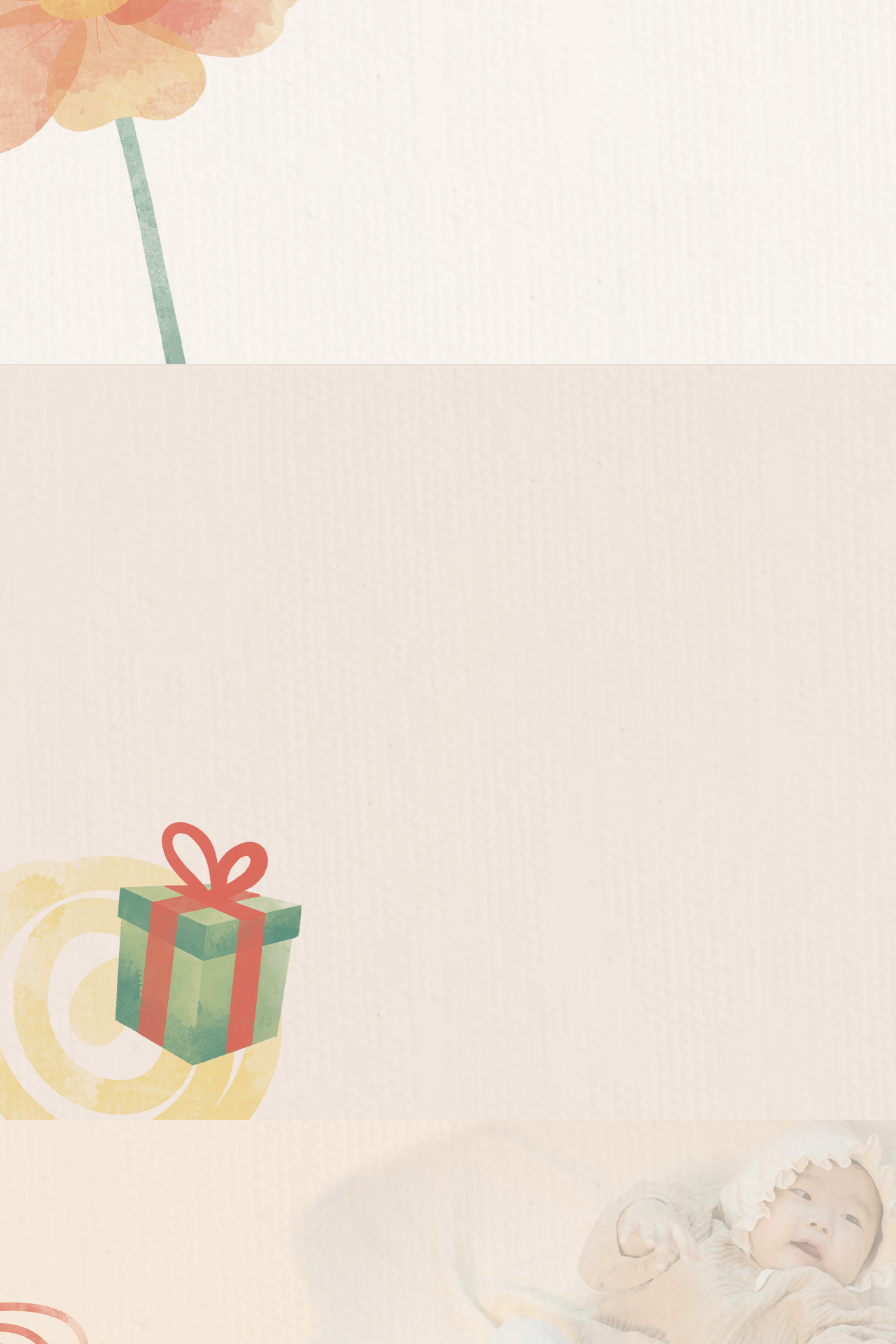
Repository: dlgywls1130/save_the_children
Page: index.html
An editor plug-in stored every save of this project. The page is shown before and after the next save, followed by the edit.
The browser window is 1280 px wide. The pictures show the part of the page from y = 4580 to 6500 px (the page is 6880 px tall), at 70% of full size.

Above is the page before, as saved 2023-12-13 10:31:58.

### index.html
<!DOCTYPE html>
<html lang="en">
<head>
    <meta charset="UTF-8">
    <meta name="viewport" content="width=device-width, initial-scale=1.0">
    <title>세이브더칠드런</title>

    <link rel="stylesheet" href="./css/reset.css">
    <link rel="stylesheet" href="./css/style.css">
</head>
<body>
    <div class="content_body">
        <section class="section_wrapper section01">
            <div class="se01 se_wrapper">
                <div class="se01_sub">
                    <div class="sub_logo">
                        <img src="./img/logo01.png" alt="logo">
                    </div>
                    <p>우리 아기 좋은 날 기부</p>
                </div>
                <p class="seo01_title">
                    아가야,
                </p>
                <p class="seo01_title_two">
                    너의 <span>탄생</span> 순간을 축하해!
                </p>
                <p class="section_descript mb-45">
                    처음 아기의 심장 소리를 들었던 순간,
                    <br>여린 아가의 성장이 실감나던 배냇짓,
                    <br>기적 같았던 백일,
                    <br>그리고 아이의 첫 생일인 첫돌...
                </p>
                <p class="section_descript">
                    아이의 건강과 행복을 바라는 마음을 담아,
                    <br>내 아이의 소중한 순간을 기부로 기념해보세요.
                    <br>함께 자라나는 다른 아이들에게도 큰 축복이 됩니다.
                </p>

                <a class="donation_link" href="javascript:void(0)">우리 아기 좋은 날 기부</a>
            </div>
        </section>
        <section class="section_wrapper section02">
            <div class="se02 se_wrapper">
                <div class="postit_wrapper">
                    <div class="postit postit01">
                        <p>우리 아들 우현이의<br>
                        200일을 축하해.<br>
                        건강하게 자라줘서 고마워 ❤<br>
                        늘 사랑받고 받은 사랑만큼<br>
                        베풀 수 있는 건강하고<br>
                        멋진 아들이 되길 바래!</p>
                    </div>
                    <div class="postit postit02">
                        <p>우리 새로아<Br>
                        백일 동안 무럭무럭 자라줘서<Br>
                        고마워~앞으로도 건강하고<Br>
                        우리 같이 재미있게 많이 놀자.<Br>
                        엄마,아빠가 많이 사랑해.</p>
                    </div>
                    <div class="postit postit03">
                        <p>서진아<br>
                        우리에게 와줘서 고마워<br>
                        건강하고 행복하게 자라렴.<br>
                        사랑해♡      </p>
                    </div>
                    <div class="postit postit04">
                        <p>보미야<br>
                        첫 번째 생일 축하해<br>
                        너의 존재가 온 세상에<br>
                        봄이길 바랄게!   </p>
                    </div>
                    <div class="postit postit05">
                        <p>사랑하는 도현이의<br>
                        첫 어린이날과 첫돌을<br>
                        기념하며, <br>
                        이웃을 사랑하는<br>
                        멋진 사람으로 자라길</p>

                    </div>
                </div>
                <p class="ex_text">*소개한 사연은 모두 실제 사연입니다.</p>

            </div>
        </section>
        <section class="section_wrapper section03">
            <div class="se_wrapper se03">
                <div class="se_title_co">
                    아기의 좋은 날을 기념해 주신 모든 분들께
                    <br>후원감사증서를 보내드립니다.
                </div>
                <div class="se_sub_co">
                    후원감사증서는 아기에게 남기고 싶은 메시지와 아기의 좋은 날이 담긴 사진을 보관할 수 있도록
                    <br>만들어드립니다. 먼 훗날, 아기가 성장해 읽게 될 날을 그리며 편지를 써보세요.
                </div>
            </div>

        </section>
        <section class="section_wrapper section04">
            <div class="se_wrapper se04">
                <div class="se_title_co">
                    이름 자수 순면거즈블랭킷
                </div>
                <div class="se_sub_co">
                    30만원 이상 후원하신 분들께는 순면 거즈 아기 블랭킷(90*110)에
                    <Br>원하시는 이름(영문)을 예쁘게 수놓아 드립니다.
                </div>

                <div class="se04_slide">
                    <div class="se04_slide_list">
                        <img src="">
                    </div>
                    <div class="se04_slide_list">
                        <img src="">
                    </div>
                    <div class="se04_slide_list">
                        <img src="">
                    </div>
                </div>
            </div>
        </section>
        <section class="section_wrapper section05">

        </section>
        <section class="section_wrapper section06">

        </section>
        <section class="section_wrapper section07">

        </section>
        <section class="section_wrapper section08">

        </section>
    </div>
</body>
</html>

### css/reset.css


html, body, div, span, applet, object, iframe,
h1, h2, h3, h4, h5, h6, p, blockquote, pre,
a, abbr, acronym, address, big, cite, code,
del, dfn, em, img, ins, kbd, q, s, samp,
small, strike, strong, sub, sup, tt, var,
b, u, i, center,
dl, dt, dd, ol, ul, li,
fieldset, form, label, legend,
table, caption, tbody, tfoot, thead, tr, th, td,
article, aside, canvas, details, embed,
figure, figcaption, footer, header, hgroup,
menu, nav, output, ruby, section, summary,
time, mark, audio, video {
	margin: 0;
	padding: 0;
	border: 0;
	font-size: 100%;
	font: inherit;
	vertical-align: baseline;
}

article, aside, details, figcaption, figure,
footer, header, hgroup, menu, nav, section {
	display: block;
}
body {
	line-height: 1;
}
ol, ul {
	list-style: none;
}
blockquote, q {
	quotes: none;
}
blockquote:before, blockquote:after,
q:before, q:after {
	content: '';
	content: none;
}
table {
	border-collapse: collapse;
	border-spacing: 0;
}

### css/style.css

/* root */
:root{
    --main-color:#B17A60;
    --pink-color:#F79497;
}


/* font */

/* dongle */
@font-face {
    font-family: 'Dongle';
    font-weight: 300;
    src: url('../font/Dongle-Light.ttf') format('ttf'),
    url('../font/Dongle-Light.woff') format('woff');
}

@font-face {
    font-family: 'Dongle';
    font-weight: 500;
    src: url('../font/Dongle-Regular.ttf') format('ttf'),
    url('../font/Dongle-Regular.woff') format('woff');
}

@font-face {
    font-family: 'Dongle';
    font-weight: 700;
    src: url('../font/Dongle-Bold.ttf') format('ttf'),
    url('../font/Dongle-Bold.woff') format('woff');
}


/* Gmarket */
@font-face {
    font-family: 'GmarketSans';
    font-weight: 300;
    src: url('../font/GmarketSansLight.ttf') format('ttf'),
    url('../font/GmarketSansLight.woff') format('woff');
}

@font-face {
    font-family: 'GmarketSans';
    font-weight: 500;
    src: url('../font/GmarketSansMedium.ttf') format('ttf'),
    url('../font/GmarketSansMedium.woff') format('woff');
}

@font-face {
    font-family: 'GmarketSans';
    font-weight: 700;
    src: url('../font/GmarketSansBold.ttf') format('ttf'),
    url('../font/GmarketSansBold.woff') format('woff');
}


/* nanumsqure */

@font-face {
    font-family: 'NanumSquare';
    font-weight: 400;
    src: url('../font/NanumSquareL.ttf') format('ttf'),
    url('../font/NanumSquareL.woff') format('woff');
}

@font-face {
    font-family: 'NanumSquare';
    font-weight: 500;
    src: url('../font/NanumSquareR.ttf') format('ttf'),
    url('../font/NanumSquareR.woff') format('woff');
}

@font-face {
    font-family: 'NanumSquare';
    font-weight: 600;
    src: url('../font/NanumSquareB.ttf') format('ttf'),
    url('../font/NanumSquareB.woff') format('woff');
}

@font-face {
    font-family: 'NanumSquare';
    font-weight: 700;
    src: url('../font/NanumSquareEB.ttf') format('ttf'),
    url('../font/NanumSquareEB.woff') format('woff');
}



/* scdream5 */
@font-face {
    font-family: 'SCDream5';
    src: url('../font/SCDream5.woff') format('woff'),
    url('../font/SCDream5.ttf') format('ttf'),
    url('../font/SCDream5.otf') format('otf');
}


.section_wrapper{
    max-width:1920px;
    width: 100%;

}

.se_wrapper{
    max-width: 1060px;
    margin: 0 auto;
    width: 100%;
    position: relative;
}


/* common */
.mb-45{margin-bottom: 45px;}

/* section01 */


.section01{
    background: url('../img/back01.jpg') no-repeat;
    height: 1080px;

}

.se01{
    padding: 230px 0 70px;

}
.se01_sub{

    display: flex;
    align-items: center;
    margin-bottom: 30px;
}

.sub_logo{
    width: 198px;
    height: 65px;
    margin-right: 15px;
}

.sub_logo img{
    width: 100%;
    height: 100%;
    object-fit: contain;
}

.se01_sub p{
    width: 302px;
    height: 52px;
    background: #B17A60;
    border-radius: 20px;
    display: flex;
    align-items: center;
    justify-content: center;
    letter-spacing: -0.03em;
    font-size: 25px;
    font-weight: 700;
    font-family: 'GmarketSans',sans-serif;
    color: #fff;
}

.seo01_title{
    font-family: 'Dongle',sans-serif;
    font-weight: 500;
    font-size: 150px;
    color: var(--main-color);
    letter-spacing: -0.03em;
}

.seo01_title_two{
    font-family: 'Dongle',sans-serif;
    font-weight: 500;
    font-size: 120px;
    color: var(--main-color);
    letter-spacing: -0.03em;
    margin-top: -4%;
    margin-bottom: 50px;
}

.section_descript{
    font-size: 25px;
    line-height: 35px;
    font-family: 'GmarketSans';
    font-weight: 500;
    letter-spacing: -0.03em;
    color: #000;
}

.donation_link{
    width: 560px;
    height: 75px;
    border-radius: 100px;
    display: flex;
    align-items: center;
    justify-content: center;
    background: var(--pink-color);
    color: #fff;
    font-family: 'GmarketSans';
    font-size: 35px;
    font-weight: 700;
    letter-spacing: -0.03em;
    text-decoration: none;
    margin: 45px auto 0;
}
/* section02 */

.section02{
    height: 1340px;
    background: url('../img/back03.jpg') no-repeat;
}

.se02{
    padding: 76px 0 96px;
    height: 100%;
}
.postit_wrapper{
    width: 100%;
    position: relative;
    height: 1123px;
}

.ex_text{
    font-family: 'GmarketSans';
    font-size: 20px;
    font-weight: 500;
    letter-spacing: -0.03em;
}

.postit {
    position: absolute;
}
.postit p{
    font-family: 'SCDream5';
    font-size: 23px;
    line-height: 35px;
    text-align: center;
    display: flex;
    justify-content: center;
    align-items: center;
    height: 100%;
}

.postit01{
    background:url('../img/post04.png') no-repeat;
    width: 438px;
    height: 438px;
    background-size: contain;
    box-sizing: border-box;
    left: 64px;
    top: 0;

}

.postit01 p{
    transform: rotate(358deg);
    padding-top: 20px;
}

.postit02{
    background: url('../img/post05.png') no-repeat;
    width: 450px;
    height: 450px;
    background-size: contain;
    box-sizing: border-box;
    top: 0;
    right: 0;

}

.postit02 p{
    transform: rotate(10deg);
    padding-top: 20px;
}

.postit03{
    background:url('../img/post02.png') no-repeat;
    width: 400px;
    height: 400px;
    background-size: contain;
    box-sizing: border-box;
    left: 0;
    top: 31%;
    z-index: 1;
}

.postit03 p{
    transform: rotate(7deg);
    padding-top: 20px;
}

.postit04{
    background: url(../img/post03.png) no-repeat;
    width: 380px;
    height: 380px;
    background-size: cover;
    box-sizing: border-box;
    top: 39%;
    right: 0;
}

.postit04 p{
    transform: rotate(354deg);
}

.postit05{
    background:url('../img/post01.png') no-repeat;
    width: 390px;
    height: 390px;
    background-size: contain;
    box-sizing: border-box;
    top: 58%;
    left: -13px;
}

.postit05 p{
    transform: rotate(-9deg);
    padding-top: 20px;
}

/* section03 */

.section03{
    height: 1340px;
    background: url('../img/back04.jpg') no-repeat;
}

.se03{
    padding: 99px 0 96px;
    height: 100%;
}


.se_title_co{
    font-size: 120px;
    line-height: 120px;
    letter-spacing: -0.03em;
    font-family: 'Dongle';
    font-weight: 500;
    color: var(--main-color);
    text-align: center;
}

.se_sub_co{
    font-size: 25px;
    letter-spacing: -0.03em;
    line-height: 50px;
    font-family: 'GmarketSans';
    font-weight: 500;
    text-align: center;
    margin-top: 30px;
}

/* section04 */

.section04{
    height: 1340px;
    background: url('../img/back05.jpg') no-repeat;
}

.se04{
    padding: 120px 0 130px;
    height: 100%;
}

/* section05 */
.section05{
    height: 1080px;
    background: url('../img/back07.jpg') no-repeat;
}


/* section06 */
.section06{
    height:700px;
    background: url('../img/back06.jpg') no-repeat;
}

/* section07 */

/* section08 */

After the next save:
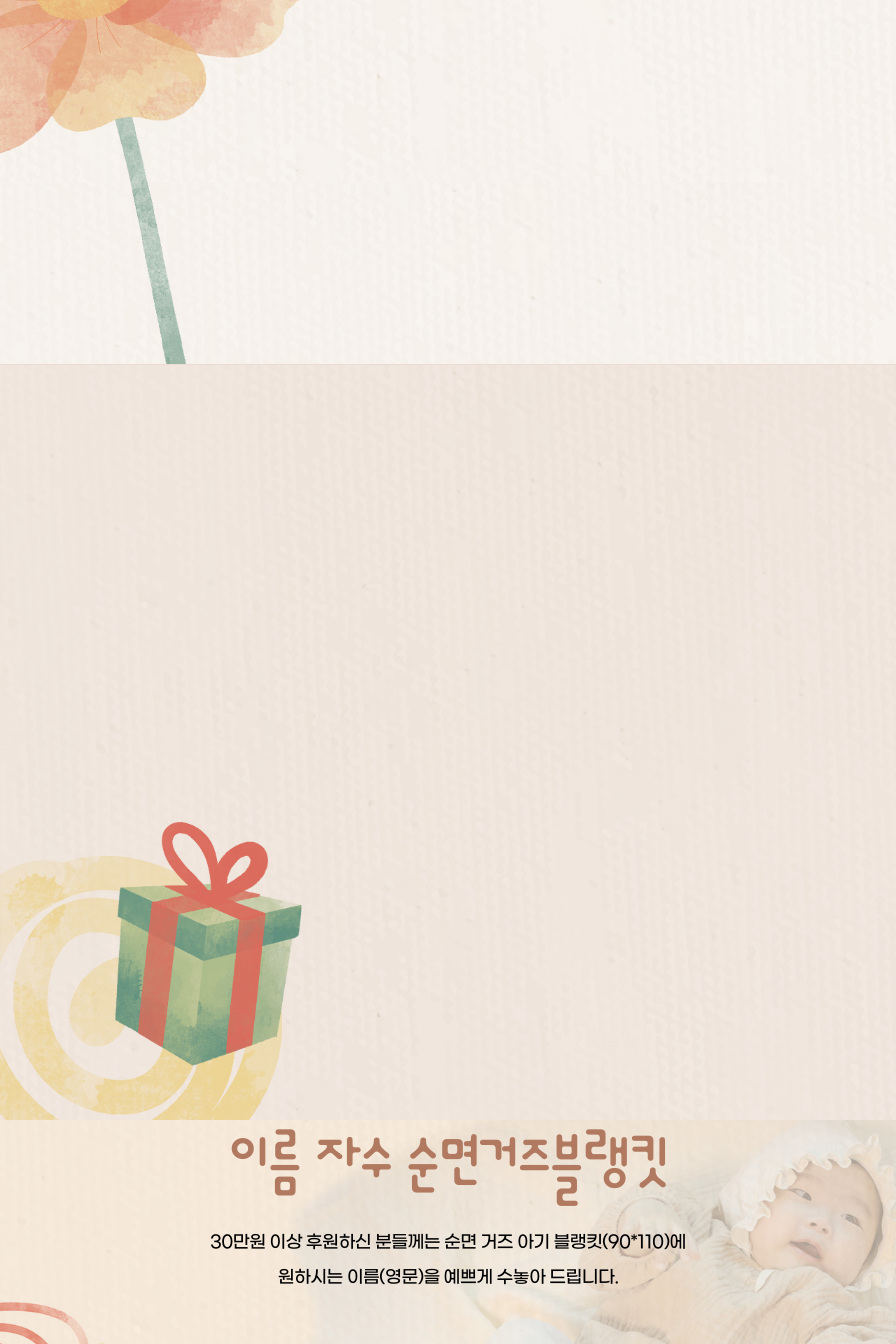
Saved 83 s later.
--- a/index.html
+++ b/index.html
@@ -122,6 +122,15 @@
 
         </section>
         <section class="section_wrapper section06">
+            <div class="se_wrapper se06">
+                <div class="se_title_co">
+                    이름 자수 순면거즈블랭킷
+                </div>
+                <div class="se_sub_co">
+                    30만원 이상 후원하신 분들께는 순면 거즈 아기 블랭킷(90*110)에
+                    <Br>원하시는 이름(영문)을 예쁘게 수놓아 드립니다.
+                </div>
+            </div>
 
         </section>
         <section class="section_wrapper section07">
